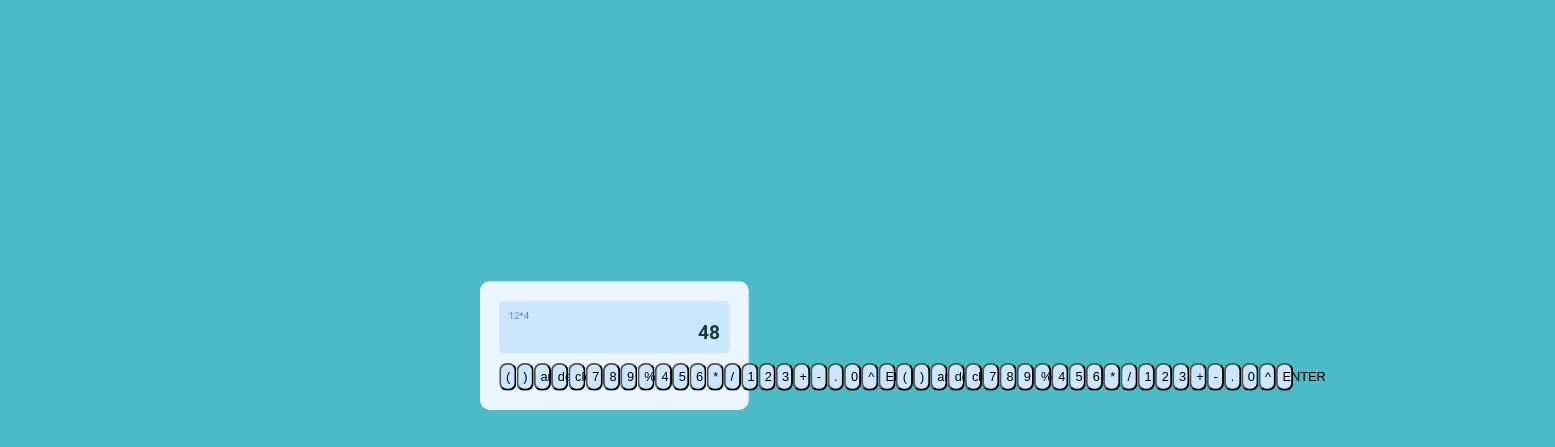
Repository: Herinyhert/Calculate-infix-a-postfix
Page: index.html
These files come from the project's save history. The page is drawn as it stood at one moment and after the next save; the edit follows.
The browser window is 1280 px wide. The page is 1381 px wide, then 1620 px, so the pictures cover 1620 px, including what lies to the right of the window. The pictures show the whole page, at 96% of full size.

Above is the page before, as saved 2023-11-02 19:22:31.

After the next save:
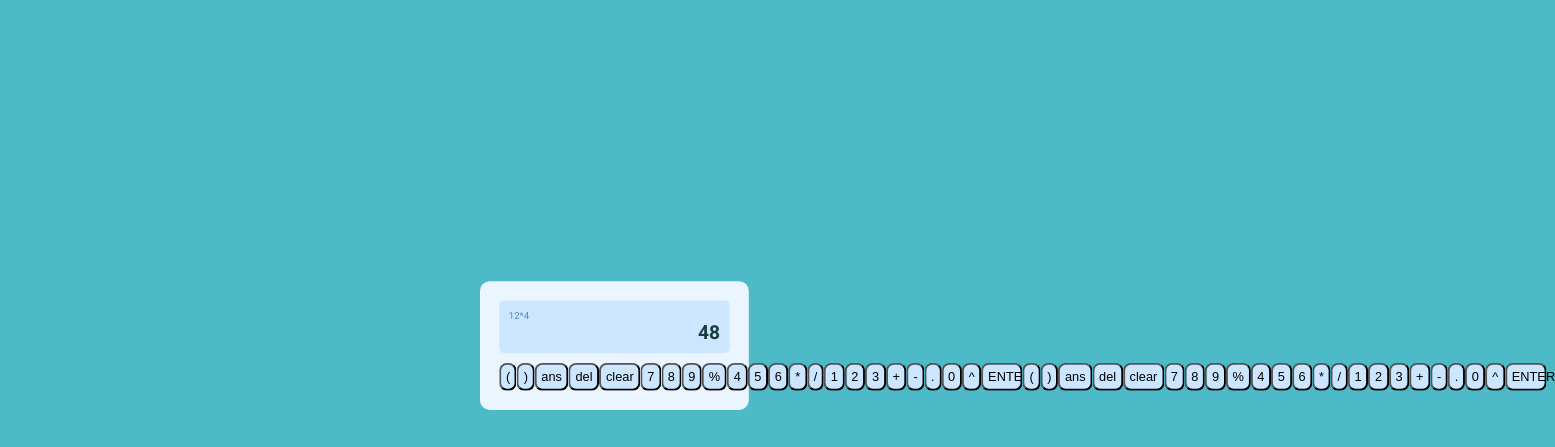
Saved 5 s later.
--- a/css/index.css
+++ b/css/index.css
@@ -41,5 +41,6 @@ body{
     background-color: #cce6ff;
     padding: 5px;
     border-radius: 8px;
-    width: 18;
+    width: 18%;
+
 }
